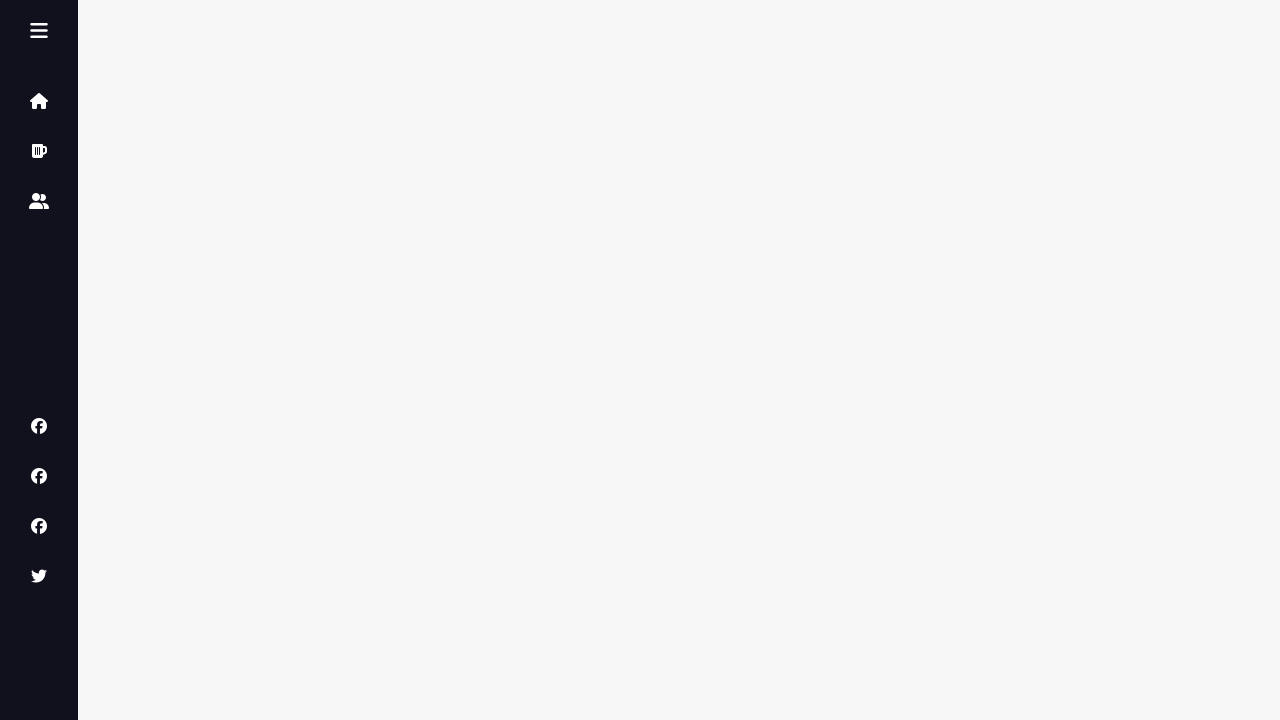
Repository: Nic98/MilkTeaWebsite
Page: mywebsite.html
The author's editor kept a copy of each file at every save. The page is drawn from the files as they stood at one save, then again after the next save.
The browser window is 1280 px wide. The pictures show the whole page.
Some web libraries are served in a nearby version.

Above is the page before, as saved 2024-05-28 22:57:53.

### mywebsite.html
<!DOCTYPE html>
<html lang="en">
<head>
  <meta charset="UTF-8">
  <meta name="viewport" content="width=device-width, initial-scale=1.0">
  <link rel="stylesheet" href="mywebsite.css">
  <script src="https://kit.fontawesome.com/2dbcf482c2.js" crossorigin="anonymous"></script>
  <!-- <script src="/sidebar.js"></script> -->
  <title>ComeBuyBooze</title>

</head>
<body>

  <!-- sidebar implementation -->
  <div class="sidebar workspace--flexchild1">
    <div class="logo_content">
        <div class="logo">
            <dive class="logo_name"> ComeBuyBooze </dive>
            <i class="fas fa-bars" id="btn"></i>
        </div>
    </div>

    <ul class="nav_list">
        <li>
            <a href="#">
                <i class="fas fa-home"></i>
                <span class="links_name">ComeBack</span>
            </a>
            <span class = "tooltip">ComeBack</span>
        </li>

        <li>
            <a href="#">
              <i class="fa-solid fa-beer-mug-empty"></i>
                <span class="links_name">Boozz</span>
            </a>
            <span class = "tooltip">Boozz</span>
        </li>

        <li>
          <a href="#">
              <i class="fas fa-user-friends"></i>
              <span class="links_name">Contact us</span>
          </a>
          <span class = "tooltip">Contacts us</span>
      </li>
    </ul>

    <ul class="contact_list">
      <li>
        <a href="#">
          <i class="fa-brands fa-facebook"></i>
        </a>
      </li>
      <li>
        <a href="#">
          <i class="fa-brands fa-facebook"></i>
        </a>
      </li>
      <li>
        <a href="#">
          <i class="fa-brands fa-facebook"></i>
        </a>
      </li>
      <li>
        <a href="#">
          <i class="fa-brands fa-twitter"></i>
        </a>
      </li>
    </ul>



</div>














  <script>
    let btn = document.querySelector("#btn");
    let sidebar = document.querySelector(".sidebar");

    btn.onclick = function() {
        sidebar.classList.toggle("active");
    }
  </script>
</body>
</html>

### mywebsite.css
@import url('https://fonts.googleapis.com/css2?family=Poppins:wght@200;300;400;500;600;700&display=swap');

body{
    margin: 0;
    font-family: "Poppins", sans-serif;
}

.flexbox{
    display: flex;
}

.columnflex{
    display: flex;
    flex-direction: column;
    justify-content: center;
}

#btn{
    cursor: pointer;
}

.btn--line{
    border: solid;
    border-width: 1px;
    color: white;
    background: none;
    border-radius: 50px;
    padding: 10px;
    padding-left: 20px;
    padding-right:20px;
    font-size: 18px;
    cursor: pointer;
}

.btn--solid{
    border: solid;
    border-width: 1px;
    border-radius: 50px;
    padding: 10px;
    padding-left: 20px;
    padding-right: 20px;
    font-size: 18px;
    cursor: pointer;
}

.btn--noborder{
    border: none;
    background: none;
}

.font--title{
    font-size: 30px;
}

.font--bold{
    font-weight: bolder;
}

.font--largrsize{
    font-size: 18px;
}

.login--input{
    border: solid 1px gray;
    font-size: 14px;
    padding: 8px;
    padding-left: 14px;
    width: 100%;
    border-radius: 50px;
    margin-top: 20px;
    box-sizing: border-box;
    box-shadow: 1px 1px 1px gray;
}

.btn--solid>*{
    text-decoration: none;
    color: white;
}

.btn--solid>*:hover{
    color: white;
    transition-duration: 0.5s;
}

:root{
  --lightgray: #F7F7F7;
  --darkblue: #032444;
}

*{
  margin:0;
  padding:0;
  box-sizing: border-box;
}

body {
  background-color: #F7F7F7;
  position: relative;
  min-height: 100vh;
  width: 100%;
  overflow:hidden;
}

/* sidebar */

.nav_list {
  padding-inline-start: 0%;
  list-style-type: none;
}

.sidebar {
  height:100%;
  position:absolute;
  top:0;
  left:0;
  width:78px;
  background-color: #11101d;
  padding:6px 14px;
  transition: all 0.5s ease;
}

.sidebar.active{
  width:240px;
}

.sidebar .logo_content .logo {
  color: #fff;
  display: flex;
  height: 50px;
  width: 100%;
  align-items: center;
  transition: all 0.5s ease;

}

.logo_content .logo i {
  font-size: 28px;
  margin-right: 5px;
}

.logo_content .logo .logo_name {
  font-size: 20px;
  font-weight: 400;
}

.sidebar #btn {
  color: #fff;
  position:absolute;
  left: 50%;
  top:6px;
  font-size: 20px;
  height:50px;
  width:50px;
  text-align: center;
  line-height: 50px;
  transform: translateX(-50%);
}

.sidebar.active #btn{
  left: 90%;
}

.sidebar ul {
  margin-top: 20px;

}
.sidebar ul li {
  list-style: none;
  height: 50px;
  width:100%;
  position:relative;
  margin: 0 0px;
  line-height: 50px;
}

.sidebar ul li .tooltip{
  position: absolute;
  left:122px;
  top:10%;
  transform: translate(-50%, -50%);
  text-align: center;
  border-radius: 6px;
  height:35px;
  width:122px;
  background: #fff;
  line-height: 35px;
  box-shadow: 0 5px 10px rgba(0,0,0,0.2);
  transition:0s;
  opacity: 0;
  pointer-events: none;
  z-index: 3000 !important;
}

.sidebar.active ul li .tooltip {
  display:none;
}

.sidebar ul li:hover .tooltip{
  transition: all 0.5s ease;
  opacity: 1;
  top:50%;
  z-index: 3;
}

.sidebar .nav_list li a {
  color: #fff;
  display: flex;
  align-items: center;
  text-decoration: none;
  transition: all 0.4s ease;
  border-radius: 6px;
  height:100%;
  white-space: nowrap;
}

.sidebar .nav_list li a:hover {
  color: #11101d;
  background: #fff;
  padding: 5px;
}

.sidebar .nav_list li i {
  height:50px;
  min-width: 50px;
  border-radius: 12px;
  line-height: 50px;
  text-align: center;
}

.sidebar .links_name{
  opacity: 0;
  pointer-events: none;
  transition: all 0.5s ease;
}

.sidebar.active .links_name {
  opacity: 1;
  pointer-events: auto;
}

.sidebar .logo_name {
  opacity: 0;
  pointer-events: none;
}

.sidebar.active .logo_name {
  opacity: 1;
  pointer-events: auto;
}

/* contact list */

/* .contact_list .links_name{
  opacity: 0;
  pointer-events: none;
  transition: all 0.5s ease;
}

.contact_list.active .links_name {
  opacity: 1;
  pointer-events: auto;
} */

.contact_list {
  padding-top: 250%;
  position: relative;
  top: 30px;
  padding-inline-start: 0%;
  list-style-type: none;
}

.contact_list li i {
  height:50px;
  min-width: 50px;
  line-height: 50px;
  border-radius: 12px;
  text-align: center;
}

.contact_list li a:hover {
  color: #11101d;
  background: #fff;
  /* padding-left:12px; */
}

.contact_list li a {
  color: #fff;
  position: relative;
  /* display:inline-block;
  width: 60px;
  height: 60px;
  text-align: center;
  line-height: 63px;
  border-radius: 50%;
  transition: all 0.4s ease;
  white-space: nowrap; */
}

.sidebar.active .contact_list li i {
  height:50px;
  min-width: 50px;
  border-radius: 12px;
  line-height: 50px;
  text-align: center;
}

.sidebar.active .contact_list li a:hover {
  color: #11101d;
  background: #fff;
}









































/* .home_content {

  position: absolute;
  height: 100%;
  width: calc(100% - 78px);
  left:78px;
  transition: all 0.5s ease;

}

.home_content .text {
  font-size: 25px;
  font-weight: 500;
  color: #1d1b31;
  margin:12px;
}

.sidebar.active ~ .home_content {
  width: calc(100% - 240px);
  left:240px
} */



/* header

.workspaceheader--container{
  width: 100%;
  height: 50px;
  background-color: white;
  justify-content: space-between;
  padding-left: 18px;
  padding-right: 18px;
  box-shadow: 3px 3px 3px lightgray;



}

.searchbar--container{
  height: inherit;
  width: 40%;
  flex-direction: column;
  justify-content:center;
}

.searchbar--container>*{
  margin: 0;
}

.seachbar{
  max-width: 400px;
  padding: 4px;
  padding-left: 18px;
  box-shadow: none;
  border: solid 1px var(--lightgray);
  background: #FBFBFB;
}

.settingbar--container>*+*{
  margin-left: 16px;
}

.profilepic{
  height: 44px;
  width: 44px;
  border: solid 1px lightgray;
  border-radius: 50%;

}

.fa-moon, .fa-cog, .fa-bell{
  font-size: large;
}

.font--headerrole{
  font-size: small;

}

.headerName{
  margin-left: 22px;
}

.headerrole--container{
  flex-direction: row-reverse;
  justify-content: center;
}

.headerrole--container>*{
  margin: 0 !important;
  color: black;
}

.content-container{

  max-height: 100%;
  padding: 20px;

  width: 100%;
  overflow-y: scroll !important;

}

.content-container>*{
  z-index: 0;
} */

After the next save:
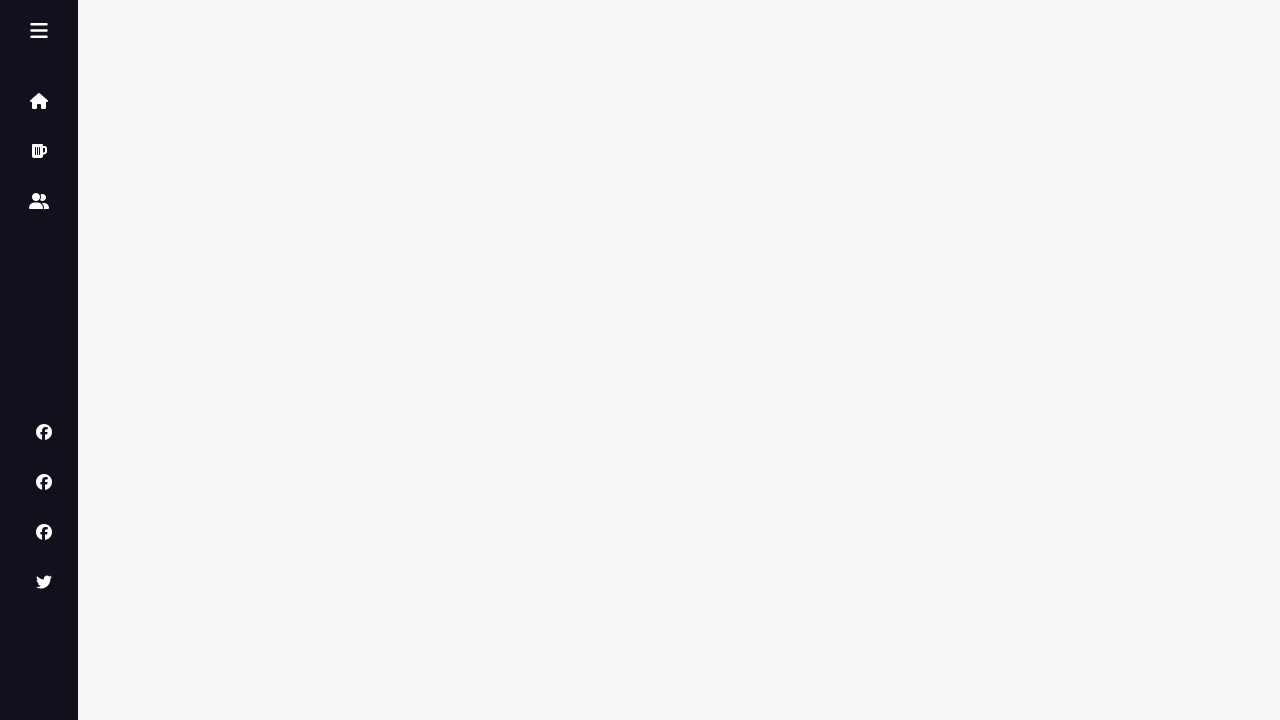
Saved 19 s later.
--- a/mywebsite.css
+++ b/mywebsite.css
@@ -286,14 +286,14 @@
 .contact_list li a {
   color: #fff;
   position: relative;
-  /* display:inline-block;
+  display:inline-block;
   width: 60px;
   height: 60px;
   text-align: center;
   line-height: 63px;
   border-radius: 50%;
   transition: all 0.4s ease;
-  white-space: nowrap; */
+  white-space: nowrap;
 }
 
 .sidebar.active .contact_list li i {
